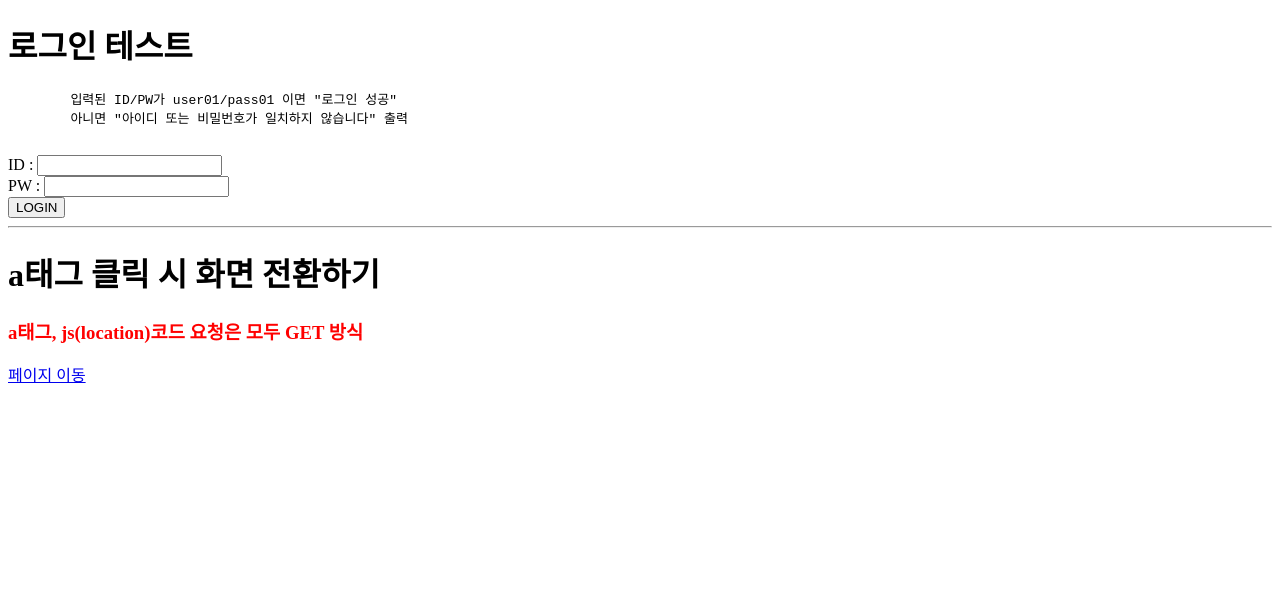
Repository: Rabsterd/6_Server
Page: JSPProject1/src/main/webapp/index.html
The author's editor kept a copy of each file at every save. The page is drawn from the files as they stood at one save, then again after the next save.
The browser window is 1280 px wide. The pictures show the whole page.

Above is the page before, as saved 2023-09-18 01:47:28.

After the next save:
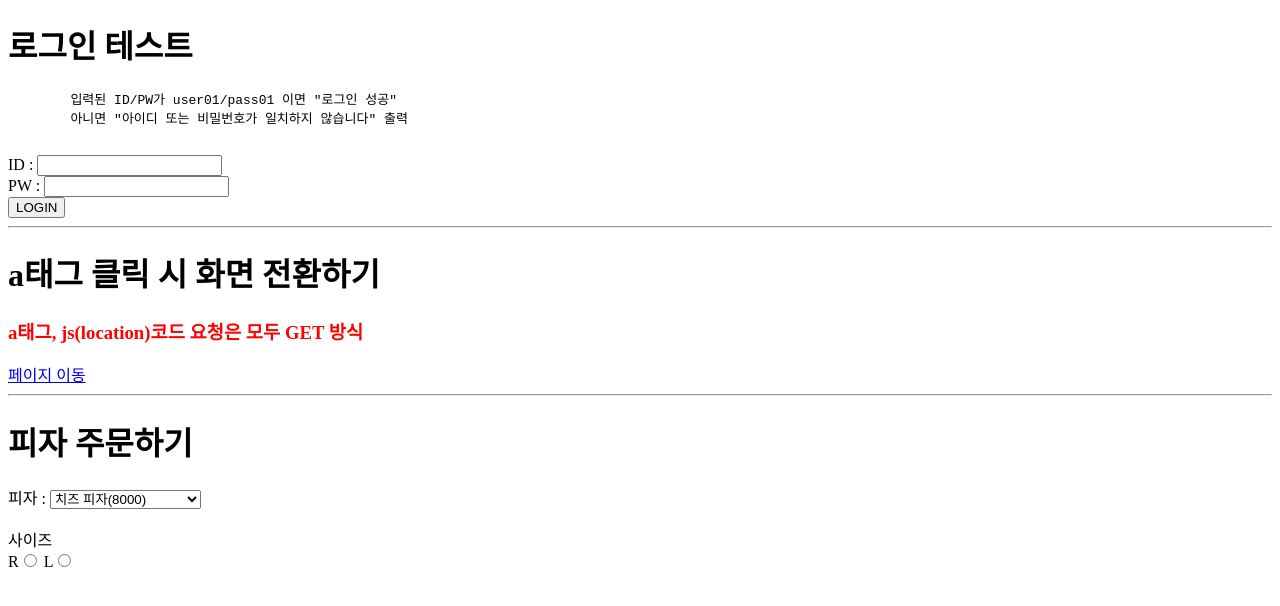
Saved 17 min 34 s later.
--- a/JSPProject1/src/main/webapp/index.html
+++ b/JSPProject1/src/main/webapp/index.html
@@ -27,5 +27,29 @@
 
     <a href="/test/result">페이지 이동</a>
 
+
+
+    <hr>
+
+    <h1>피자 주문하기</h1>
+
+    <form action="/pizzaOrder" method="post">
+		피자 :
+		<select name="pizza">
+			<option value="1">치즈 피자(8000)</option>
+			<option value="2">콤비네이션 피자(9000)</option>
+			<option value="3">핫치킨 피자(10000)</option>
+		</select>
+
+		<br><br>
+
+		사이즈 <br>
+		<label>
+			R<input type="radio" name="size" value="R">
+		</label>
+		<label>
+			L<input type="radio" name="size" value="L">
+		</label>
+	</form>
 </body>
 </html>
